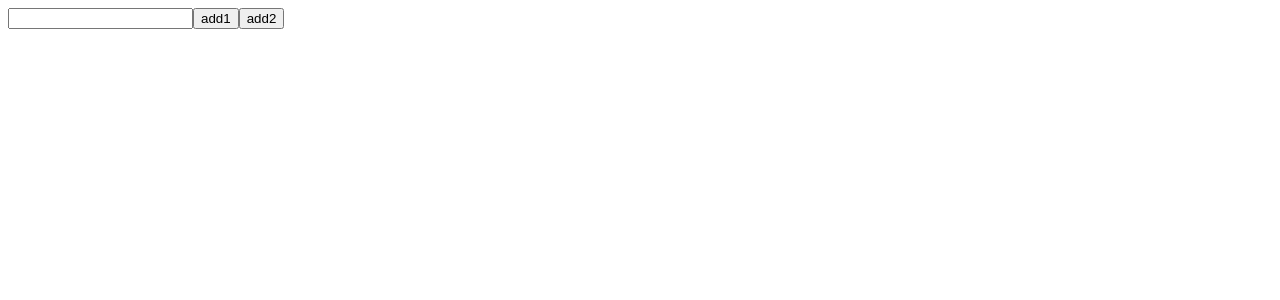
Repository: zenghao518518/React
Page: /
An editor plug-in stored every save of this project. The page is shown before and after the next save, followed by the edit.
The browser window is 1280 px wide. The pictures show the whole page.
The project was rebuilt for these pictures with package versions that can differ from the ones it lists, and the page was loaded fresh each time.

Above is the page before, as saved 2023-06-20 13:05:22.

### src/index.js
import React from 'react';
//import ReactDOM from 'react-dom';
import ReactDOM from 'react-dom/client'
//import './01-base/01-class组件'
//ReactDOM.render(<div>111111</div>,document.getElementById('root'))                    //);
//import App from './01-base/01-class组件'
//import App from './01-base/02-函数式组件'
//import App from './01-base/03-组件的嵌套'
//import App from './01-base/04-组件的样式'
import App from './01-base/05-事件绑定-1'
let root = ReactDOM.createRoot(document.getElementById('root'));
//root.render(<div>111111</div>);
root.render(<App></App>);

### src/01-base/05-事件绑定-1.js
import React, { Component } from 'react'

export default class App extends Component {
  render() {
    return (
      <div>
         <input></input>
         <button onClick={()=>{
            console.log("click1")
         }}>add1</button>
         <button onClick={this.handleClick}>add2</button>
      </div>
    )
  }

  handleClick(){
    console.log("click2")
  }

}

Loaded but not shown: public/index.html (common file)

After the next save:
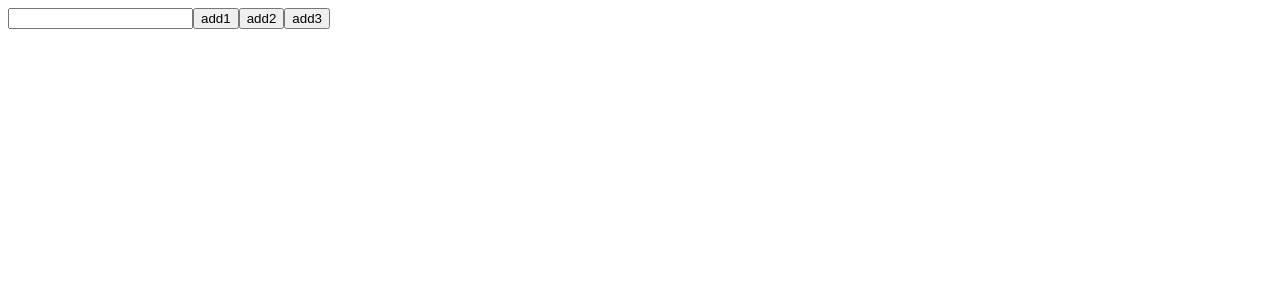
Saved 9 min 15 s later.
--- a/src/01-base/05-事件绑定-1.js
+++ b/src/01-base/05-事件绑定-1.js
@@ -8,13 +8,17 @@ export default class App extends Component {
          <button onClick={()=>{
             console.log("click1")
          }}>add1</button>
-         <button onClick={this.handleClick}>add2</button>
+         <button onClick={this.handleClick2}>add2</button>
+         <button onClick={this.handleClick3}>add3</button>
       </div>
     )
   }
 
-  handleClick(){
+  handleClick2(){
     console.log("click2")
   }
 
+  handleClick3=()=>{
+    console.log("click3")
+  }
 }
